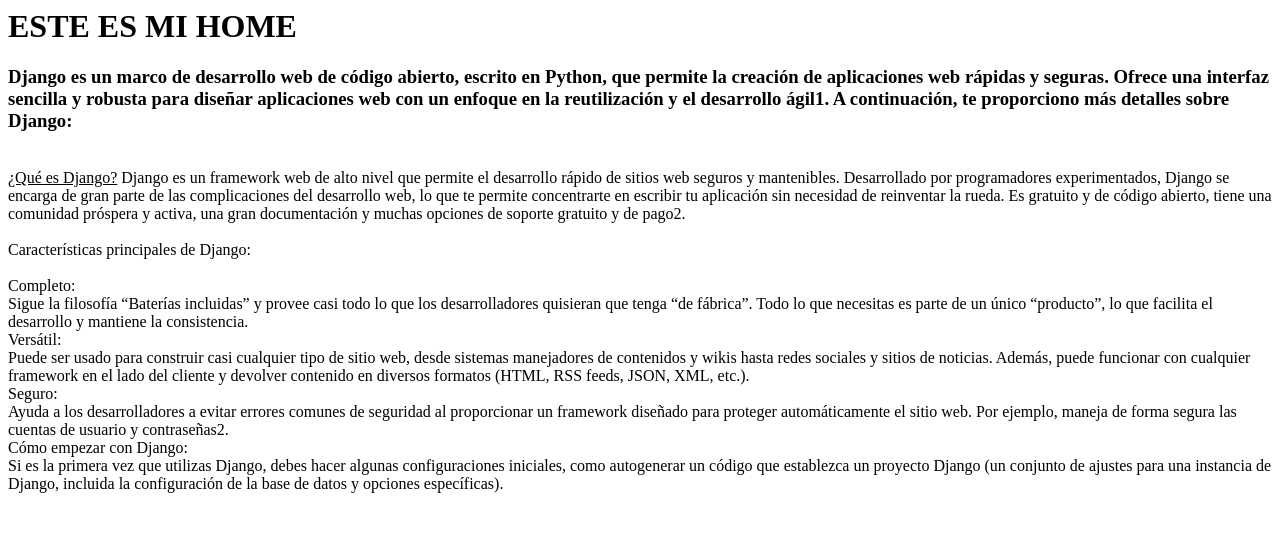
Repository: profe-ggarrido/desaf-aplic-web-python
Page: http://localhost/
The author's editor kept a copy of each file at every save. The page is drawn from the files as they stood at one save, then again after the next save.
The browser window is 1280 px wide. The pictures show the whole page.
The page is served by the project's application, run on Django 4.2 (pro_alfa/manage.py).

Above is the page before, as saved 2024-04-30 13:40:08.

After the next save:
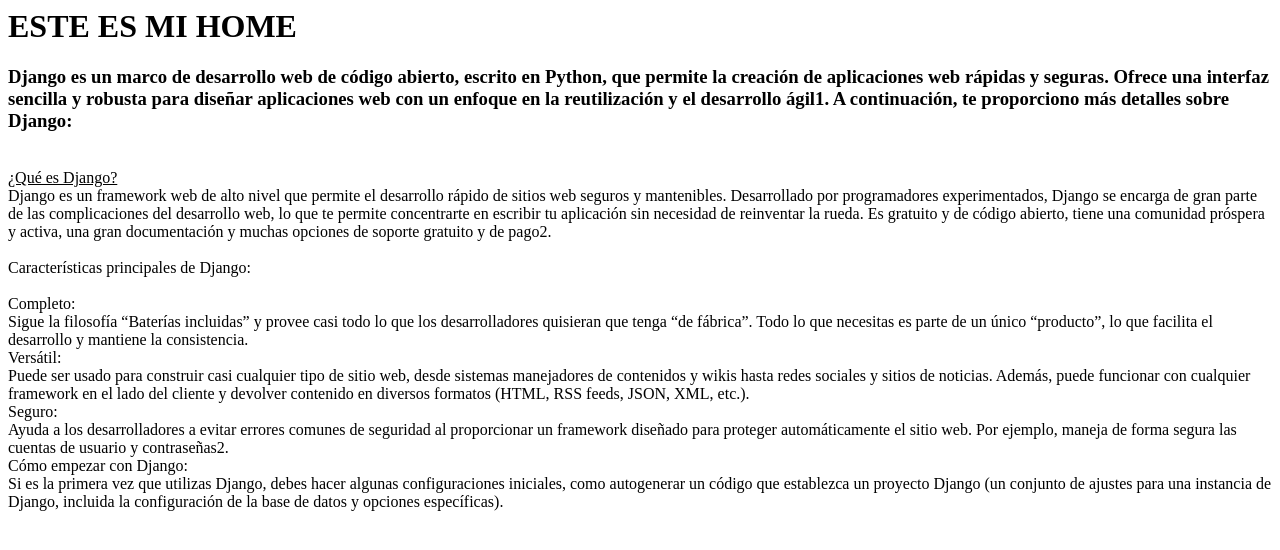
Saved 18 s later.
--- a/pro_alfa/mascotasApp/views.py
+++ b/pro_alfa/mascotasApp/views.py
@@ -10,7 +10,7 @@
         <h1>ESTE ES MI HOME</h1>
         <h3>Django es un marco de desarrollo web de código abierto, escrito en Python, que permite la creación de aplicaciones web rápidas y seguras. Ofrece una interfaz sencilla y robusta para diseñar aplicaciones web con un enfoque en la reutilización y el desarrollo ágil1. A continuación, te proporciono más detalles sobre Django:</h3><br>
 
-<u>¿Qué es Django?</u>
+<u>¿Qué es Django?</u><br>
 Django es un framework web de alto nivel que permite el desarrollo rápido de sitios web seguros y mantenibles.
 Desarrollado por programadores experimentados, Django se encarga de gran parte de las complicaciones del desarrollo web, lo que te permite concentrarte en escribir tu aplicación sin necesidad de reinventar la rueda.
 Es gratuito y de código abierto, tiene una comunidad próspera y activa, una gran documentación y muchas opciones de soporte gratuito y de pago2.<br><br>
